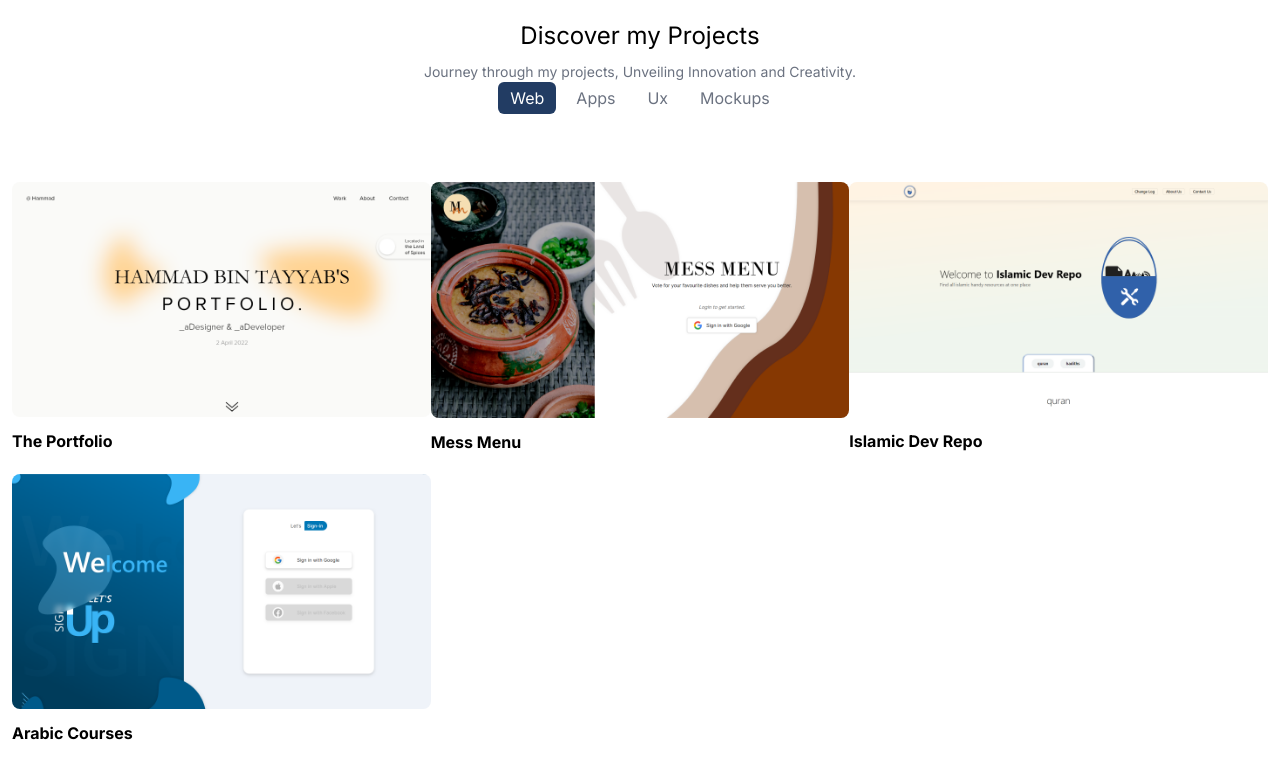
Repository: SpicierEwe/my_portfolio_v2
Page: /
An editor plug-in stored every save of this project. The page is shown before and after the next save, followed by the edit.
The browser window is 1280 px wide. The pictures show the whole page.
The project was rebuilt for these pictures with package versions that can differ from the ones it lists, and the page was loaded fresh each time. The framework's server and built-in components were replaced by stand-ins that run in the browser. Also part of the build but not shown: next.config.js, core/utils/customIcons.js, core/utils/utils.tsx, core/db/sub_db_data/ux_db.js.

Above is the page before, as saved 2024-04-22 11:05:41.

### app/page.tsx
import DevicePreview from "@/Components/Device_preview/device_preview";
import HeroSection from "@/Components/Hero_section/hero_section";
import WorkSection from "@/Components/Work_section/work_section";
import Image from "next/image";

export default function Home() {
  return (
    <main>
      {/* <div className="absolute z-30 overflow-hidden bottom-0 ">
        <DevicePreview  />
      </div> */}
      {/* <div className="overflow-hidden">
        <HeroSection />
      </div> */}

      <WorkSection />
    </main>
  );
}

### app/globals.css
@layer base {

  @font-face {
    font-family: 'Garamond';
    src: url('../public/fonts/EBGaramond-VariableFont_wght.ttf');

  }

  @font-face {
    font-family: 'Proxima Nova';
    src: url('../public/fonts/MarkSimonsonProximaNovaRegular.otf');
    font-weight: normal;
    font-style: normal;
  }


  @font-face {
    font-family: "Rage";
    src: url("../public/fonts/rage.ttf");
  }
}

@tailwind base;
@tailwind components;
@tailwind utilities;

:root {
  --foreground-rgb: 0, 0, 0;
  --background-start-rgb: 214, 219, 220;
  --background-end-rgb: 255, 255, 255;

}

@media (prefers-color-scheme: dark) {
  :root {
    --foreground-rgb: 255, 255, 255;
    --background-start-rgb: 0, 0, 0;
    --background-end-rgb: 0, 0, 0;
  }
}

body {

  /* background: #F5F5F5; */
}

### Components/Work_section/work_section.tsx
"use client";

import { db } from "../../core/db/db";
import Image from "next/image";
import Link from "next/link";
import { useState } from "react";

export default function WorkSection() {
  const navItems: string[] = Object.keys(db.portfolioItems);
  const [selectedNavItemIndex, setSelectedNavItemIndex] = useState<number>(0);
  return (
    <section className="">
      {/* header */}
      <header className="flex flex-col items-center pt-5">
        <h2 className="text-center text-2xl">Discover my Projects</h2>
        <p className="text-center text-sm mt-2.5 text-gray-500">
          Journey through my projects, Unveiling Innovation and Creativity.
        </p>
      </header>
      {/* nav */}
      <nav>
        <ul className="flex justify-center mt-6 gap-2 flex-wrap">
          {navItems.map((item, index) => {
            const isSelected: Boolean = selectedNavItemIndex == index;
            return (
              <li
                className={`${
                  isSelected ? "bg-brand-color" : ""
                } px-3 py-1 rounded-md cursor-pointer`}
                onClick={() => setSelectedNavItemIndex(index)}
                key={index}
              >
                <Link
                  href="#"
                  className={`${
                    isSelected ? "text-white" : "text-gray-500"
                  } capitalize`}
                >
                  {item}
                </Link>
              </li>
            );
          })}
        </ul>
      </nav>

      <main>
        {/* projects */}
        <div className="grid grid-cols-1 md:grid-cols-2 lg:grid-cols-3 gap-4 mt-14 px-3 py-3">
          {(db.portfolioItems as any)[navItems[selectedNavItemIndex]].map(
            (item: any, index: number) => {
              const projectName: string = item["projectName"];
              const imageLink: string = item["imageLink"];
              return (
                <div key={index}>
                  {
                    <Image
                      className="shadow-lg rounded-lg"
                      src={imageLink}
                      alt={projectName}
                      height={200}
                      width={200}
                      layout="responsive"
                    ></Image>
                  }
                  <p className="mt-3 ml-1 mb-5 font-bold">{projectName}</p>
                </div>
              );
            }
          )}
        </div>
      </main>
    </section>
  );
}

### core/db/db.js
import { websitesDb } from "./sub_db_data/websites_db";
import { appsDb } from "./sub_db_data/apps_db";
import { uxDb } from "./sub_db_data/ux_db";
import { mockupsDb } from "./sub_db_data/mockups_db";

export const db = {
  portfolioItems: {
    web: websitesDb,
    apps: appsDb,
    ux: uxDb,
    mockups: mockupsDb,
  },
};

### core/db/sub_db_data/websites_db.js
import { embedCustomLinks } from "../../utils/utils";

export const websitesDb = [
  {
    projectName: "The Portfolio",
    projectId: "e2f9658b-f9bb-4d2c-ac8c-113a56d9204f",
    projectTagLine: "A Thoughtfully Curated Portfolio of Elegant Creations",
    link: "https://hammadtayyab.vercel.app/",
    imageLink: "/images/websites/my_portfolio.png",
    info: "This portfolio project showcases a minimalist design, highlighting my work and skills with clarity and finesse. The aim was to provide a seamless user experience and intuitive navigation, creating a comprehensive and sophisticated display of my professional journey.",
    roles: [
      "Data Analyst",
      "Designer",
      "Developer",
      "Maintainer",
      "Product Manager",
      "Tester/Quality Assurance",
      "Researcher",
      "DevOps Engineer",
      "Technical Writer",
      "Project Manager",
    ],
    techStack: [
      "NextJs",
      "React",
      "TypeScript",
      "TailwindCSS",
      "HTML",
      "CSS",
      "JavaScript",
      "Git",
      "Vercel",
    ],
  },
  {
    projectId: "566ec8d6-4d5d-4f22-9580-2c574f7122fb",
    projectName: "Mess Menu",
    projectTagLine: "Simplifying Hostel Dining with a Digital Menu System",
    link: "https://messmenu.vercel.app/",
    imageLink: "/images/websites/mess_menu.png",
    info: "This project streamlines the process of hostel dining by offering a digital menu system for students. Monthly menus are curated through community voting, allowing students to have a say in their dining options. Originating from a friend's final year project, the focus was on user-centric design and functionality, ensuring a seamless experience for all users.",
    roles: [
      "Data Analyst",
      "Designer",
      "Developer",
      "Maintainer",
      "Product Manager",
      "Tester/Quality Assurance",
      "Researcher",
      "DevOps Engineer",
      "Technical Writer",
      "Project Manager",
    ],
    techStack: [
      "NextJs",
      "React",
      "HTML",
      "CSS",
      "JavaScript",
      "Git",
      "Vercel",
      "Firebase",
      "Firebase Auth",
    ],
  },
  {
    projectId: "e3a52953-0a4d-43c3-b874-bd55925f6a7e",
    projectName: "Islamic Dev Repo",
    projectTagLine: "A Repository of Authentic Islamic Data for Developers",
    link: "https://islamic-dev-repo.vercel.app/",
    imageLink: "/images/websites/islamic_dev_repo.png",
    info: "This project offers developers a curated repository of reliable Islamic data that can be seamlessly integrated into various applications. With a focus on authenticity and compatibility across multiple devices, this repository provides a trustworthy source of information for developers working on Islamic-related projects.",
    roles: [
      "Data Analyst",
      "Designer",
      "Developer",
      "Maintainer",
      "Product Manager",
      "Tester/Quality Assurance",
      "Researcher",
      "DevOps Engineer",
      "Technical Writer",
      "Project Manager",
    ],
    techStack: [
      "NextJs",
      "React",
      "HTML",
      "CSS",
      "JavaScript",
      "Git",
      "Vercel",
      "Python",
    ],
  },
  {
    projectId: "87693335-b9d6-434c-8428-5d8266482050",
    projectName: "Arabic Courses",
    projectTagLine:
      "A Platform for Streaming the Best Madina Arabic Course Online",
    link: "https://arabiccourses.vercel.app/",
    imageLink: "/images/websites/arabic_courses.png",
    info: `The goal of this project was to establish an online platform for the popular Madina Arabic course, allowing users to stream videos from the cloud and track their progress. Initially, the videos were only available for download, but this platform offers a more convenient streaming experience. You can learn more about the course at ${embedCustomLinks(
      {
        link: "https://abdurrahman.org/arabic-learning/dvds/",
        title: "AbdurRahman.Org",
      }
    )}. Arabic Courses enhances accessibility and convenience for users, making the learning process smoother and more enjoyable.`,
    roles: [
      "Data Analyst",
      "Designer",
      "Developer",
      "Maintainer",
      "Product Manager",
      "Tester/Quality Assurance",
      "Researcher",
      "DevOps Engineer",
      "Technical Writer",
      "Project Manager",
    ],
    techStack: [
      "NextJs",
      "React",
      "HTML",
      "CSS",
      "JavaScript",
      "Git",
      "Vercel",
      "Firebase",
      "Firebase Auth",
    ],
  },
];

### core/db/sub_db_data/apps_db.js
import { embedCustomLinks } from "../../utils/utils";

export const appsDb = [
  {
    projectId: "38384ae3-5586-40be-b025-c9c3ad1094ef",
    projectName: "al Qur'an",
    projectTagLine: "All about the Qur'an in one app.",

    link: "https://play.google.com/store/apps/details?id=com.spicierewe.al_quran",

    imageLink: "/images/apps/al_quran.png",

    info: `The "al Qur'an" app offers a comprehensive experience of the Qur'an for users around the world. It includes a wide range of translations in various languages, tafseer (exegesis), access to over 49 reciters and translators, and much more. All data is sourced from the reliable platform ${embedCustomLinks(
      { link: "https://quran.com", title: "quran.com" }
    )}.`,

    roles: [
      "Data Analyst",
      "Designer",
      "Developer",
      "Maintainer",
      "Product Manager",
      "Tester/Quality Assurance",
      "Researcher",
      "DevOps Engineer",
      "Technical Writer",
      "Project Manager",
    ],

    techStack: ["Flutter", "Dart", "Git", "Adobe XD"],

    platforms: ["Android"],
  },
  {
    projectId: "1eeb435f-acbd-41e8-b826-440959bb6a57",
    projectName: "Riddle Me",
    projectTagLine: "Riddle Me: Unraveling Minds, One Clue at a Time!",

    link: "https://play.google.com/store/apps/details?id=com.spicierewe.RiddleMe",

    imageLink: "/images/apps/riddle_me.png",

    info: "Riddle Me is an engaging and challenging game designed to test your intelligence and problem-solving skills. This game stimulates creative thinking and encourages you to approach problems from different perspectives.",

    roles: [
      "Data Analyst",
      "Designer",
      "Developer",
      "Maintainer",
      "Product Manager",
      "Tester/Quality Assurance",
      "Researcher",
      "DevOps Engineer",
      "Technical Writer",
      "Project Manager",
    ],

    techStack: ["Flutter", "Dart", "Git", "Adobe XD"],

    platforms: ["Android"],
  },
  {
    projectId: "2ae7005c-16e2-4fe5-b7b0-20f5f826321e",
    projectName: "Food Deals",
    projectTagLine: "Find the best food deals at your fingertips.",

    link: "https://play.google.com/store/apps/details?id=com.spicierewe.food_deals",

    imageLink: "/images/apps/food_deals.png",

    info: "Food Deals is an app that helps users discover the best offers and discounts on their favorite food delivery services. Save money and enjoy your favorite meals by comparing prices across different platforms.",

    roles: [
      "Data Analyst",
      "Designer",
      "Developer",
      "Maintainer",
      "Product Manager",
      "Tester/Quality Assurance",
      "Researcher",
      "DevOps Engineer",
      "Technical Writer",
      "Project Manager",
    ],

    techStack: ["Flutter", "Dart", "Git", "Adobe XD"],

    platforms: ["Android"],
  },
  {
    projectId: "627de94f-59b4-4f85-bcf4-df6fbf22714e",
    projectName: "Hadith Collection",
    projectTagLine: "Access authentic hadiths of the Prophet Muhammad (pbuh).",

    link: "https://play.google.com/store/apps/details?id=com.spicierewe.ahadith_collection",

    imageLink: "/images/apps/ahadith_collection.png",

    info: `The "Hadith Collection" app provides a comprehensive and authentic collection of hadiths of the Prophet Muhammad (pbuh). It includes data from various reputable sources such as ${embedCustomLinks(
      { link: "https://sunnah.com", title: "sunnah.com" }
    )} for Arabic and English, and ${embedCustomLinks({
      link: "https://github.com/pakjiddat/islam-companion-web-api",
      title: "islam-companion-web-api",
    })} for Urdu data.`,

    roles: [
      "Data Analyst",
      "Designer",
      "Developer",
      "Maintainer",
      "Product Manager",
      "Tester/Quality Assurance",
      "Researcher",
      "DevOps Engineer",
      "Technical Writer",
      "Project Manager",
    ],

    techStack: ["Flutter", "Dart", "Git", "Adobe XD"],

    platforms: ["Android"],
  },
  {
    projectId: "7468bdef-5b24-454e-ae99-dd0a558441d7",
    projectName: "Study Practice",
    projectTagLine: "Practice makes perfect.",

    link: "https://play.google.com/store/apps/details?id=com.spicierewe.study_practice",

    imageLink: "/images/apps/study_practice.png",

    info: "Study Practice is a study companion app designed to help students prepare for competitive exams such as NEET and JEE. The app offers past exam questions, mock tests, and real-time progress tracking along with official study material.",

    roles: [
      "Data Analyst",
      "Designer",
      "Developer",
      "Maintainer",
      "Product Manager",
      "Tester/Quality Assurance",
      "Researcher",
      "DevOps Engineer",
      "Technical Writer",
      "Project Manager",
    ],

    techStack: ["Flutter", "Dart", "Git", "Adobe XD"],

    platforms: ["Android"],
  },
];

### core/db/sub_db_data/mockups_db.js
export const mockupsDb = [
  {
    phone_mockup_links: [],
    other_mockup_links: [
      "/images/mockups/eat_healthy_mockup.svg",
      "/images/mockups/bot_mockup_theme_light.svg",
      "/images/mockups/bot_mockup_theme_dark.svg",
      "/images/mockups/the_perfume_lab_price_list.png",
      "/images/mockups/noraty_business_hero_section.svg",
      "/images/mockups/gr_showcase.png",
      "/images/mockups/just_moved_showcase.png",
      "/images/mockups/archer_product_design.png",
      "/images/mockups/the_connection_poster.png",
      "/images/mockups/social_flow_flyer.png",
      "/images/mockups/LVD_roll_up_banner.png",
      "/images/mockups/ATS_flyer.png",
    ],
  },
];

### tailwind.config.js
const { reverse } = require("dns");
const defaultTheme = require("tailwindcss/defaultTheme");

/** @type {import('tailwindcss').Config} */
module.exports = {
  content: [
    "./pages/**/*.{js,ts,jsx,tsx,mdx}",
    "./components/**/*.{js,ts,jsx,tsx,mdx}",
    "./app/**/*.{js,ts,jsx,tsx,mdx}",
    "./core/**/*.{js,ts,jsx,tsx,mdx}",
  ],
  theme: {
    extend: {
      screens: { xs: { max: "640px" } },

      maxWidth: {
        "120rem": "120rem",
      },

      backgroundImage: {
        "gradient-radial": "radial-gradient(var(--tw-gradient-stops))",
        "gradient-conic":
          "conic-gradient(from 180deg at 50% 50%, var(--tw-gradient-stops))",
      },

      colors: {
        "brand-color": "#223c63",
        "primary-color": "#ffffff",
        "secondary-color": "#00A699",
        "accent-color": "#779ace",
      },

      keyframes: {
        wiggle: {
          "0%, 100%": { transform: "rotate(-3deg)" },
          "50%": { transform: "rotate(3deg)" },
        },

        levitate: {
          "0%": { transform: "translateY(50px)" },
          "50%": { transform: "translateY(-30px)  scale(1.1)" },
          "100%": { transform: "translateY(50px)" },
        },
        levitate_reverse: {
          "0%": { transform: "translateY(-90px)" },
          "50%": { transform: "translateY(30px)  scale(1.1)" },
          "100%": { transform: "translateY(-90px)" },
        },
      },

      animation: {
        "spin-slow": "spin 3s linear infinite",
        wiggle: "wiggle 1s ease-in-out infinite",
        levitate: "levitate 5s ease-in-out infinite",
        levitate_reverse: "levitate_reverse 5s ease-in-out infinite reverse",
      },

      fontFamily: {
        garmond: ["Garmond", ...defaultTheme.fontFamily.serif],
        custom_sans: ["Proxima Nova", ...defaultTheme.fontFamily.sans],
      },

      height: {
        dvh: "100dvh",
      },
    },
  },

  variants: {
    backgroundColor: ["responsive", "hover", "focus", "active"],
  },

  plugins: [],
};

Loaded but not shown: app/layout.tsx (common file)

After the next save:
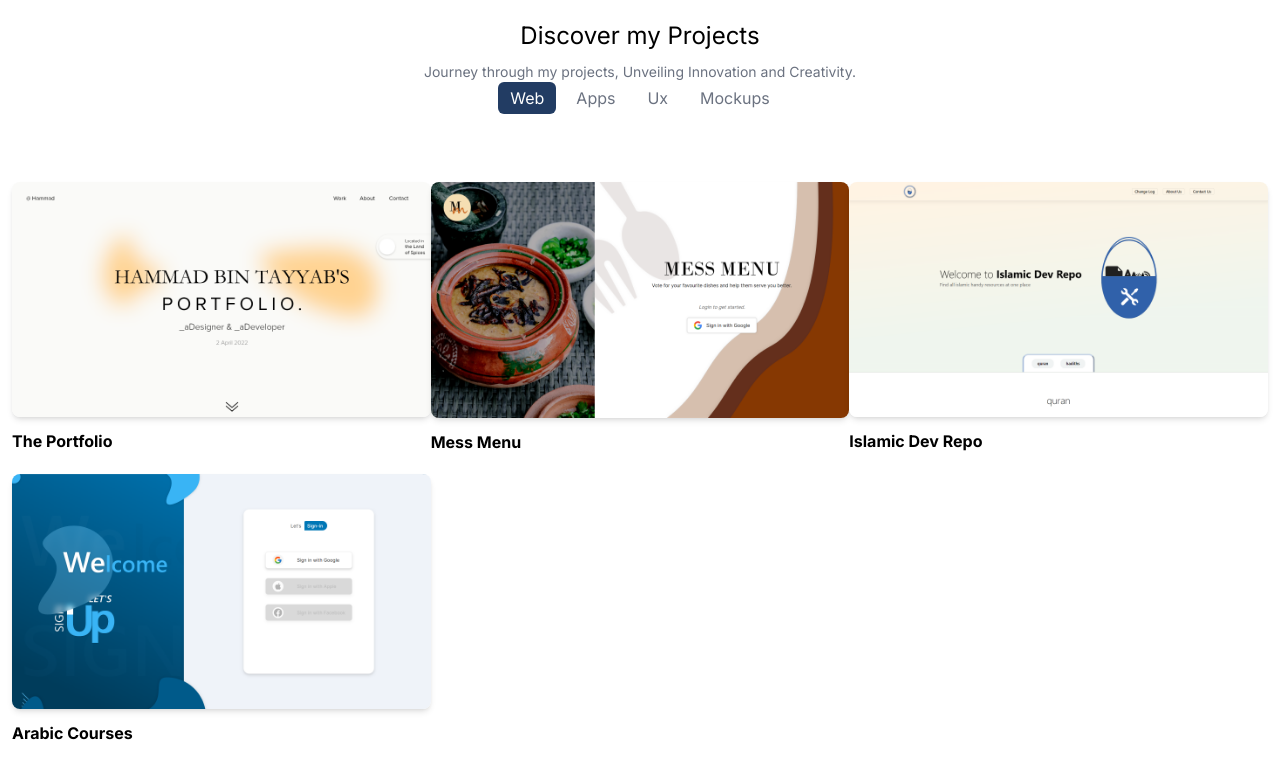
Saved 10 s later.
--- a/Components/Work_section/work_section.tsx
+++ b/Components/Work_section/work_section.tsx
@@ -55,7 +55,7 @@ export default function WorkSection() {
                 <div key={index}>
                   {
                     <Image
-                      className="shadow-lg rounded-lg"
+                      className="shadow-md rounded-lg"
                       src={imageLink}
                       alt={projectName}
                       height={200}
